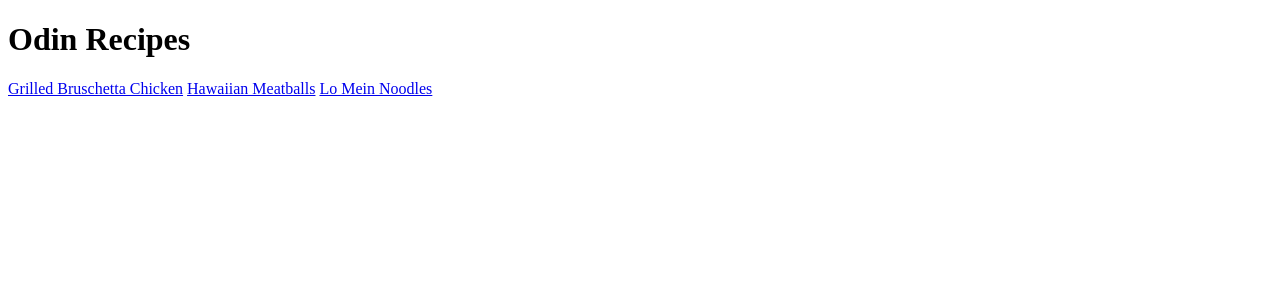
Repository: fnafelipe/odin-recipes
Page: index.html
The author's editor kept a copy of each file at every save. The page is drawn from the files as they stood at one save, then again after the next save.
The browser window is 1280 px wide. The pictures show the whole page.

Above is the page before, as saved 2026-09-03 23:07:16.

### index.html
<!DOCTYPE html>
<html lang="en">
<head>
    <meta charset="UTF-8">
    <meta name="viewport" content="width=device-width, initial-scale=1.0">
    <title>Document</title>
</head>
<body>
    <h1>Odin Recipes</h1>
    <a href="./recipes/grilled-bruschetta-chicken.html">Grilled Bruschetta Chicken</a>
    <a href="./recipes/hawaiian-meatballs.html">Hawaiian Meatballs</a>
    <a href="./recipes/lo-mein-noodles.html">Lo Mein Noodles</a>
</body>
</html>

After the next save:
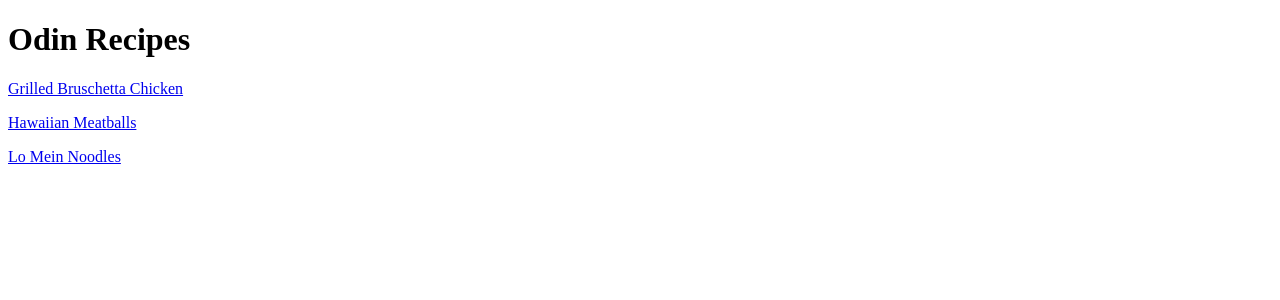
Saved 84 s later.
--- a/index.html
+++ b/index.html
@@ -7,8 +7,8 @@
 </head>
 <body>
     <h1>Odin Recipes</h1>
-    <a href="./recipes/grilled-bruschetta-chicken.html">Grilled Bruschetta Chicken</a>
-    <a href="./recipes/hawaiian-meatballs.html">Hawaiian Meatballs</a>
-    <a href="./recipes/lo-mein-noodles.html">Lo Mein Noodles</a>
+    <p><a href="./recipes/grilled-bruschetta-chicken.html">Grilled Bruschetta Chicken</a></p>
+    <p><a href="./recipes/hawaiian-meatballs.html">Hawaiian Meatballs</a></p>
+    <p><a href="./recipes/lo-mein-noodles.html">Lo Mein Noodles</a></p>
 </body>
 </html>
